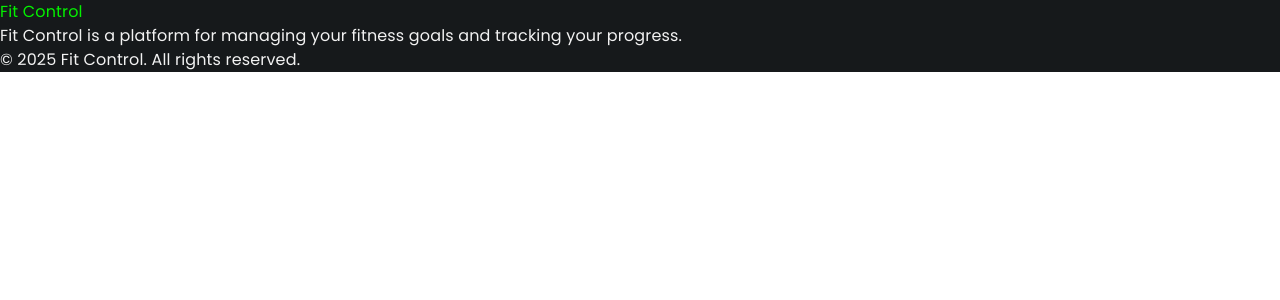
Repository: fit-control/frontend-fit-control
Page: /
The author's editor kept a copy of each file at every save. The page is drawn from the files as they stood at one save, then again after the next save.
The browser window is 1280 px wide. The pictures show the whole page.
Some web fonts or font styles are not loaded; a fallback is used. The project was rebuilt for these pictures with package versions that can differ from the ones it lists, and the page was loaded fresh each time. The framework's server and built-in components were replaced by stand-ins that run in the browser. Also part of the build but not shown: next.config.js, vite.config.ts.

Above is the page before, as saved 2025-01-18 19:23:35.

After the next save:
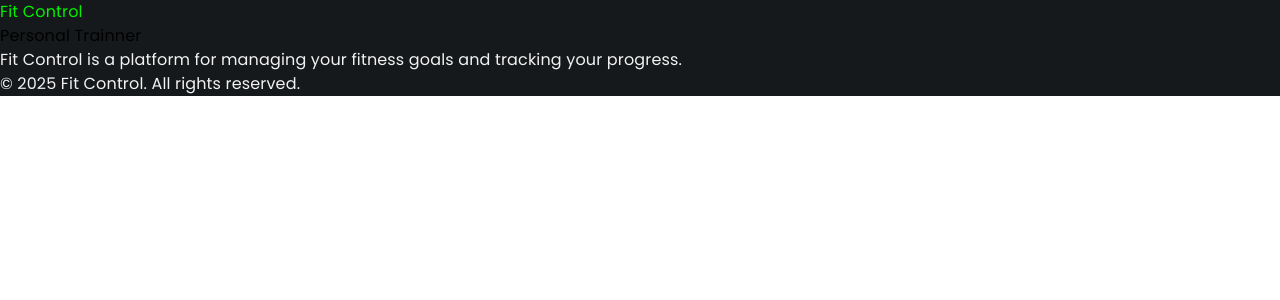
Saved 62 s later.
--- a/src/app/components/containerCenterLogin.tsx
+++ b/src/app/components/containerCenterLogin.tsx
@@ -1,7 +1,10 @@
 const ContainerCenterLogin = () => {
   return (
     <main className="containerLogin flex flex-col min-h-screen items-center justify-between p-20">
-      <h1 className="text-4xl font-bold">Fit Control</h1>
+      <div>
+        <h1 className="text-4xl font-bold">Fit Control</h1>
+        <h3>Personal Trainner</h3>
+      </div>
       <p className="text-lg">
         Fit Control is a platform for managing your fitness goals and tracking
         your progress.
